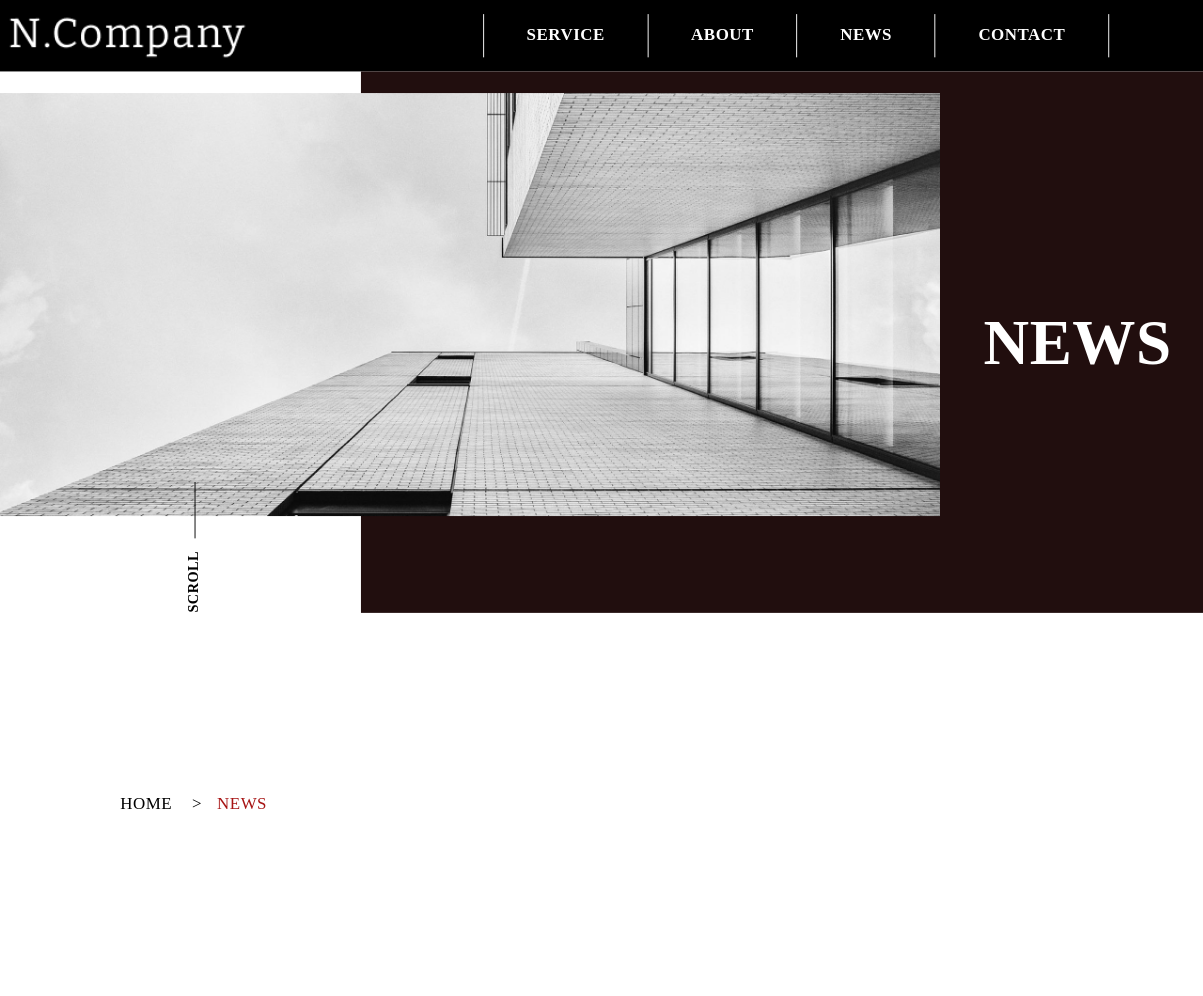
Repository: nozomi-23/hp2_test
Page: html/news.html
These files come from the project's save history. The page is drawn as it stood at one moment and after a run of saves; the edit follows.
The browser window is 1280 px wide. The pictures show the whole page, at 94% of full size.
Some web fonts or font styles are not loaded; a fallback is used. Some web libraries are served in a nearby version.

Above is the page before, as saved 2022-06-25 22:04:21.

After the next 2 saves:
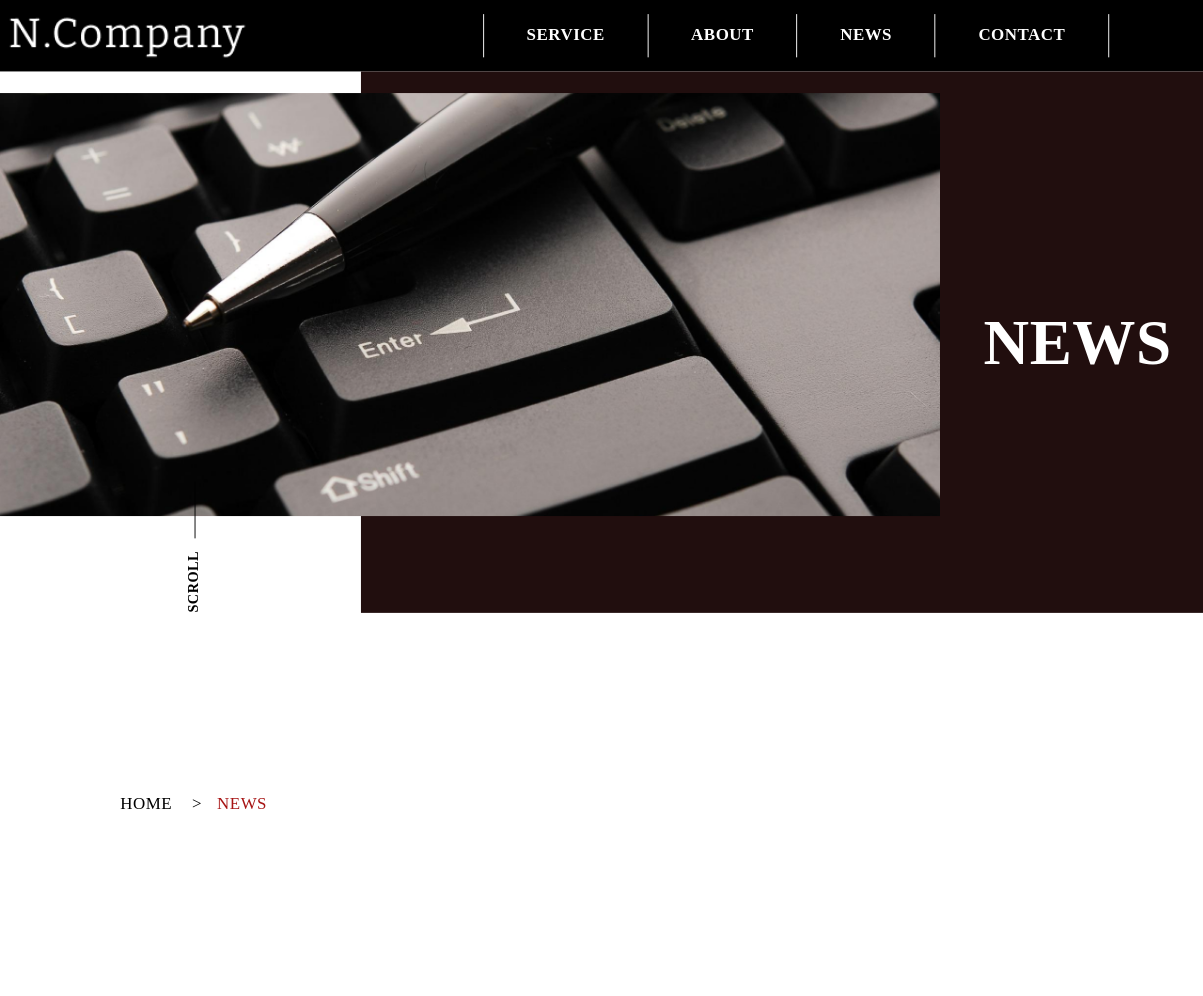
The 2 saves are shown as one change because they came seconds apart.
The last was saved 78 s later.
--- a/html/news.html
+++ b/html/news.html
@@ -62,7 +62,7 @@
   <section class="service_fv">
     <div class="service_fv_wrapper">
       <div class="service_fv_img">
-        <img src="../img/service_main.png" alt="メイン画像">
+        <img src="../img/news_main.png" alt="メイン画像">
       </div>
       <div class="fv_txt_wrapper_2">
         <span class="top_arrow_txt">SCROLL</span>
